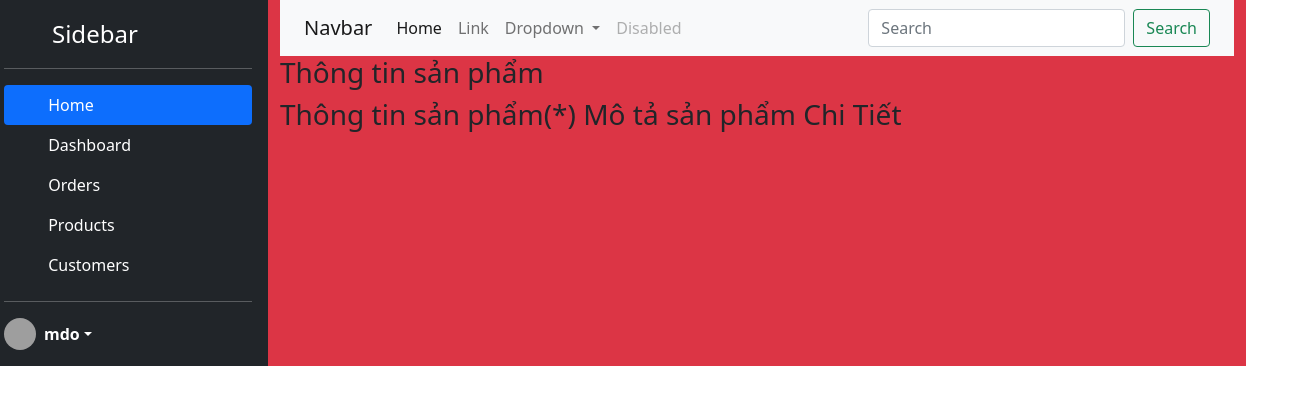
Repository: Lehuyhuynh/BT12-BOOTSTRAP
Page: index.html
An editor plug-in stored every save of this project. The page is shown before and after a run of saves, followed by the edit.
The browser window is 1280 px wide. The page is 1292 px wide, so the pictures cover 1292 px, including what lies to the right of the window. The pictures show the whole page.
Pictures or frames that could not be fetched are drawn as grey boxes.

Above is the page before, as saved 2023-08-19 22:14:20.

After the next 2 saves:
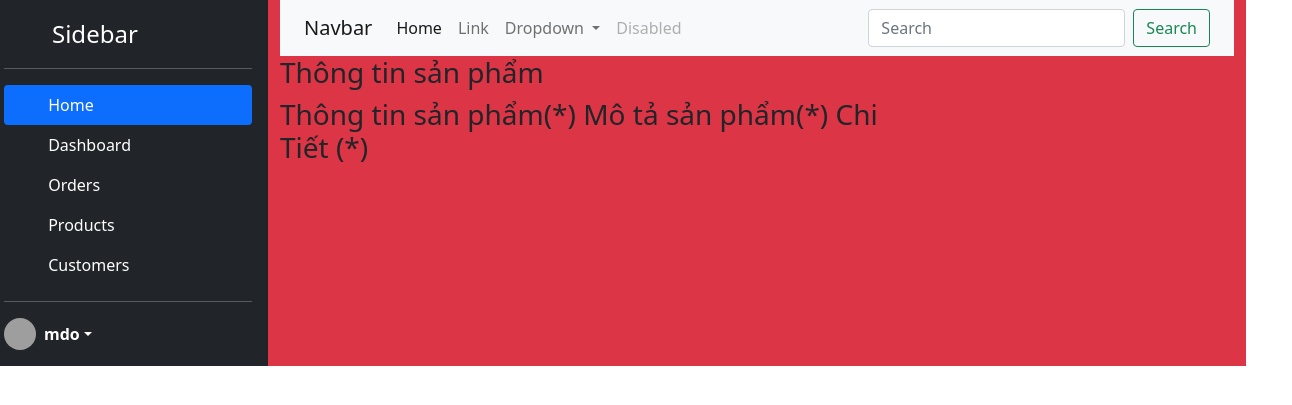
The 2 saves are shown as one change because they came seconds apart.
The last was saved 15 s later.
--- a/index.html
+++ b/index.html
@@ -108,9 +108,9 @@
 
               <span>Thông tin sản phẩm(*)</span>
 
-              <span>Mô tả sản phẩm</span>
+              <span>Mô tả sản phẩm(*)</span>
 
-              <span>Chi Tiết </span>
+              <span>Chi Tiết (*) </span>
 
             </div>
 
